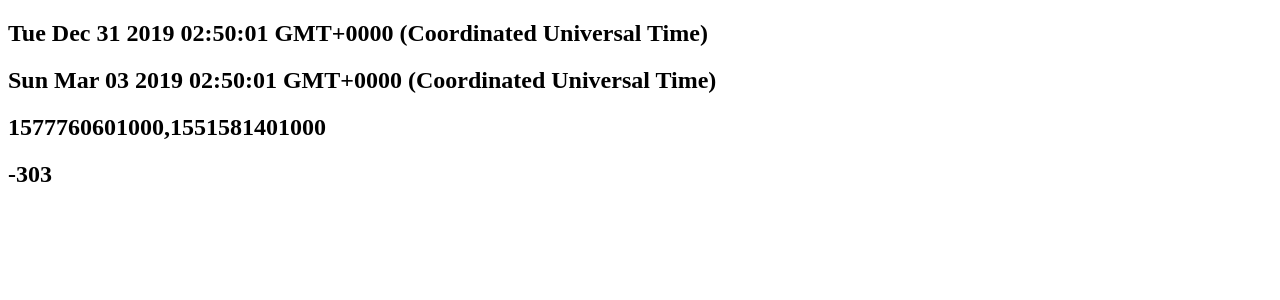
Repository: snowcuphea/webwork_class
Page: clientweb/WebContent/js_basic/js_date_test02.html
An editor plug-in stored every save of this project. The page is shown before and after the next save, followed by the edit.
The browser window is 1280 px wide. The pictures show the whole page.

Above is the page before, as saved 2020-01-08 02:15:37.

### clientweb/WebContent/js_basic/js_date_test02.html
<!DOCTYPE html>
<html>
<head>
<meta charset="EUC-KR">
<title>Insert title here</title>
</head>
<body>
	<script type="text/javascript">
		today = new Date();
		document.write("<h2>"+today+"</h2>");
		dday = new Date();
		dday.setMonth(1);
		dday.setDate(3);
		document.write("<h2>"+dday+"</h2>");
		time1 = today.getTime();
		time2 = dday.getTime();
		document.write("<h2>"+time1+","+time2+"</h2>")
		document.write("<h2>"+Math.ceil((dday-today)/1000/60/60/24)+"</h2>");
	</script>

</body>
</html>

After the next save:
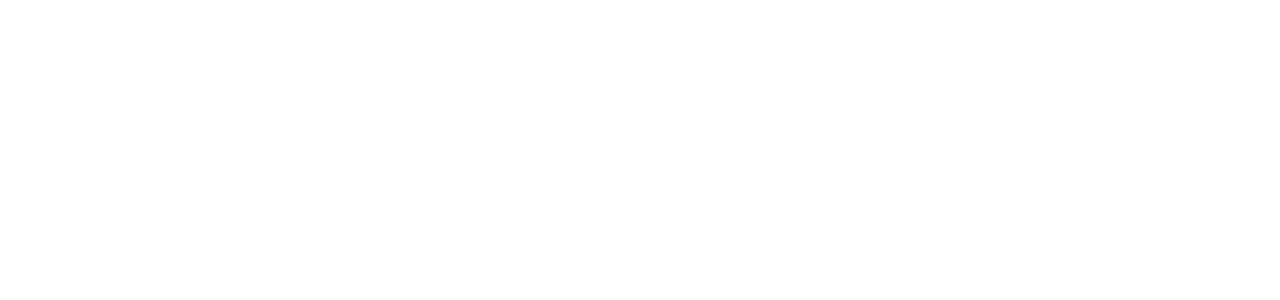
Console error: SyntaxError: missing ) after argument list
Saved 65 s later.
--- a/clientweb/WebContent/js_basic/js_date_test02.html
+++ b/clientweb/WebContent/js_basic/js_date_test02.html
@@ -15,8 +15,9 @@
 		time1 = today.getTime();
 		time2 = dday.getTime();
 		document.write("<h2>"+time1+","+time2+"</h2>")
-		document.write("<h2>"+Math.ceil((dday-today)/1000/60/60/24)+"</h2>");
-	</script>
+		//document.write("<h2>"+Math.ceil((dday-today)/1000/60/60/24)+"</h2>");
+		document.write("<h2>"+((time2-time1)/(1000*60*60*24))"</h2>");
+		</script>
 
 </body>
 </html>

After the save that followed:
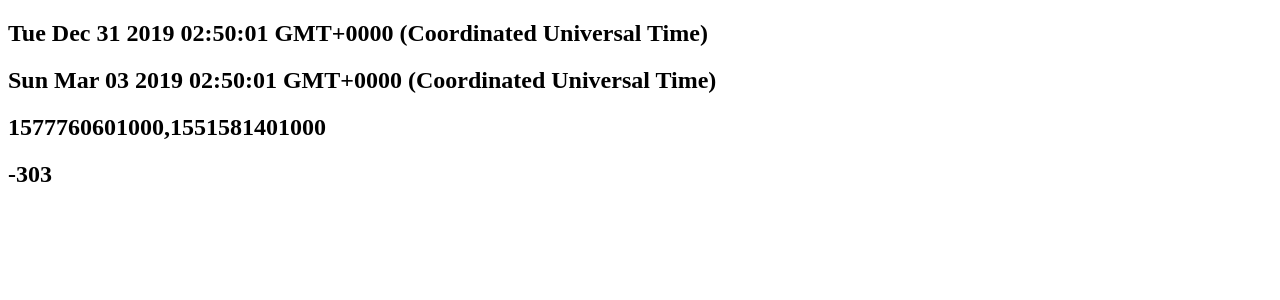
The error is gone.
Saved 6 s later.
--- a/clientweb/WebContent/js_basic/js_date_test02.html
+++ b/clientweb/WebContent/js_basic/js_date_test02.html
@@ -16,7 +16,7 @@
 		time2 = dday.getTime();
 		document.write("<h2>"+time1+","+time2+"</h2>")
 		//document.write("<h2>"+Math.ceil((dday-today)/1000/60/60/24)+"</h2>");
-		document.write("<h2>"+((time2-time1)/(1000*60*60*24))"</h2>");
+		document.write("<h2>"+((time2-time1)/(1000*60*60*24))+"</h2>");
 		</script>
 
 </body>
